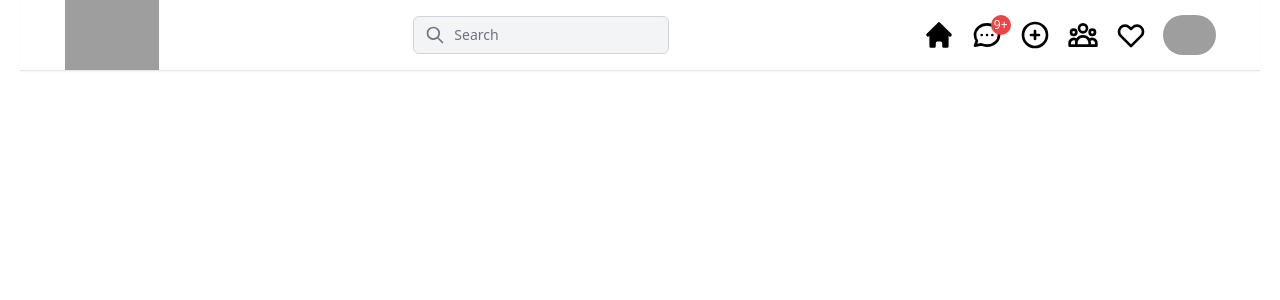
Repository: Qu4ntumGuy/insta-clone
Page: /
An editor plug-in stored every save of this project. The page is shown before and after the next save, followed by the edit.
The browser window is 1280 px wide. The pictures show the whole page.
Pictures or frames that could not be fetched are drawn as grey boxes. The project was rebuilt for these pictures with package versions that can differ from the ones it lists, and the page was loaded fresh each time. The framework's server and built-in components were replaced by stand-ins that run in the browser. Also part of the build but not shown: next.config.js.

Above is the page before, as saved 2022-03-16 14:36:23.

After the next save:
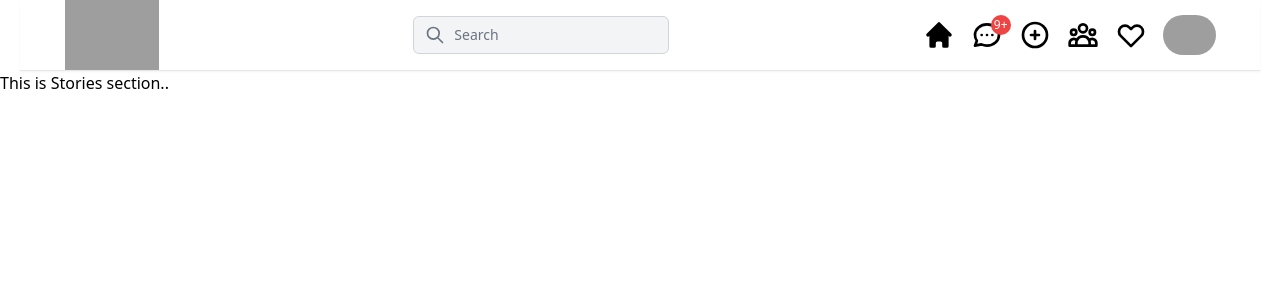
Saved 10 s later.
--- a/components/Feed.js
+++ b/components/Feed.js
@@ -1,12 +1,18 @@
+import Stories from "./Stories";
+
 const Feed = () => {
   return (
     <div>
-      {/* Section */}
-      {/* Story  */}
-      {/*Post */}
+      <section>
+        {/* Story  */}
+        <Stories />
+        {/*Post */}
+      </section>
 
-      {/* Section */}
-      {/* Mini Dispaly */}
+      <section>
+        {/* Mini Profile */}
+        {/* Suggestions */}
+      </section>
     </div>
   );
 };
